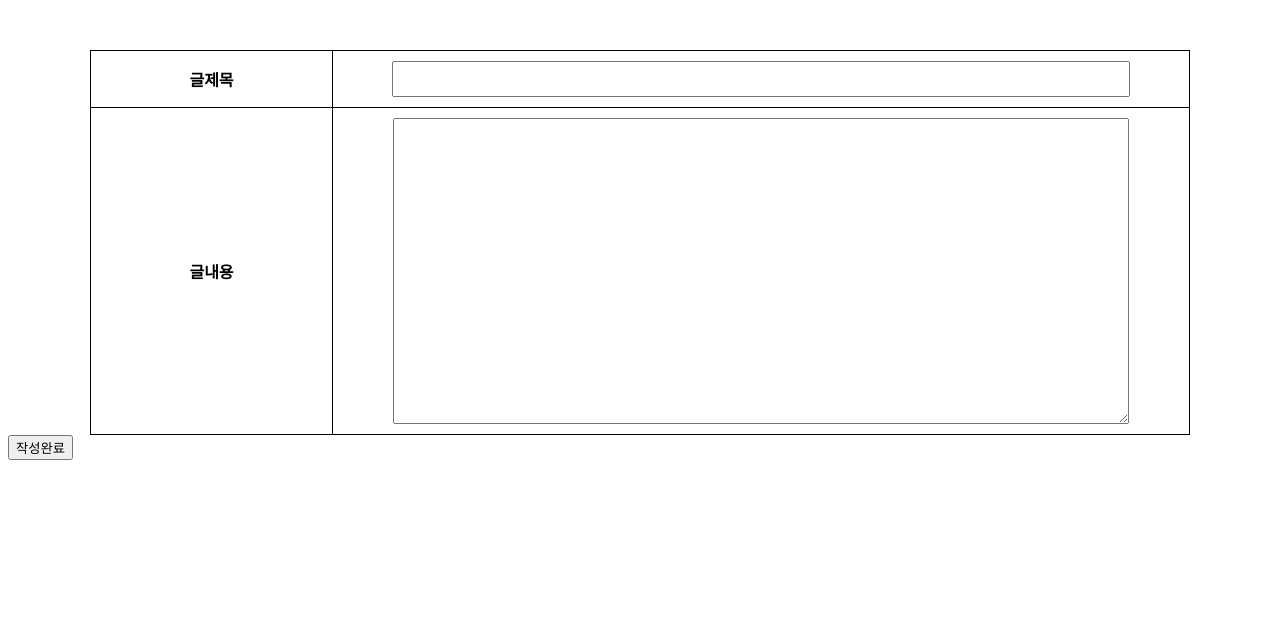
Repository: minkyung0421/NMT_Project
Page: http://localhost/MyPage_Project/Write.jsp
The author's editor kept a copy of each file at every save. The page is drawn from the files as they stood at one save, then again after the next save.
The browser window is 1280 px wide. The pictures show the whole page.
The page is served by Tomcat 9.

Above is the page before, as saved 2018-08-30 23:18:10.

After the next save:
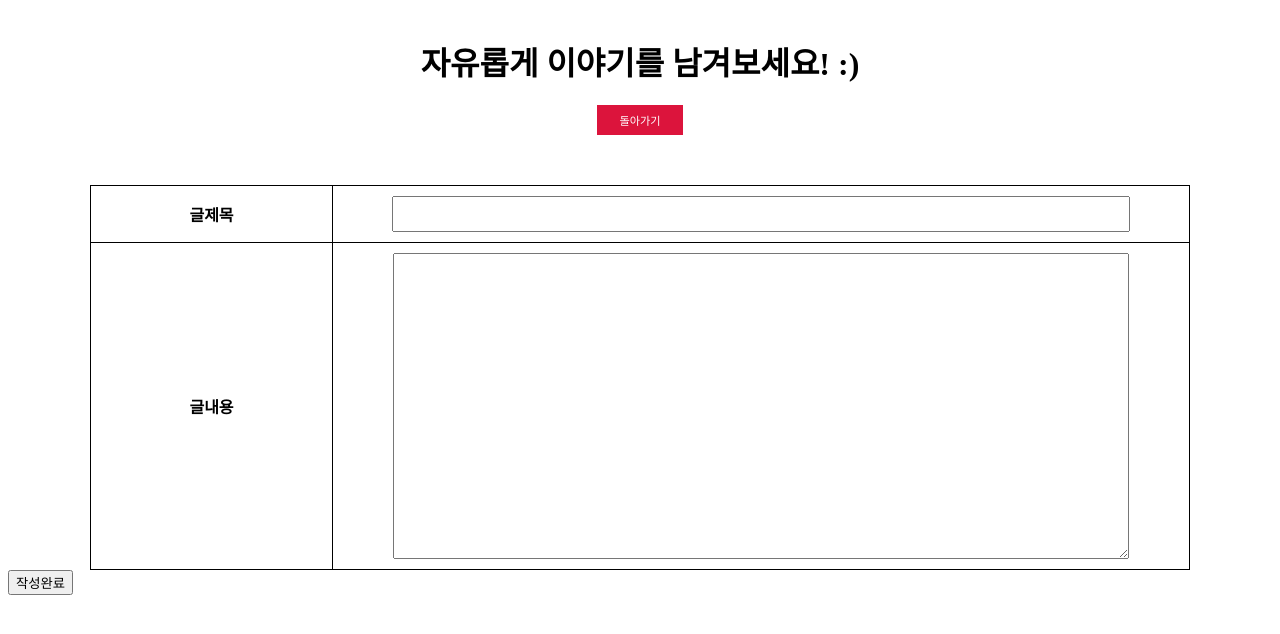
Saved 48 s later.
--- a/NMT_Project/MyPage_Project/WebContent/Write.jsp
+++ b/NMT_Project/MyPage_Project/WebContent/Write.jsp
@@ -65,6 +65,8 @@
 </style>
 </head>
 <body>
+ <center><h1 style = "margin-top:3%">자유롭게 이야기를 남겨보세요! :)</h1>
+        <a href = "index.jsp"><button>돌아가기</button></a></center>
 <form name="insertFrm" id="insertFrm" action="insert.jsp">
 
     <table class="body">
